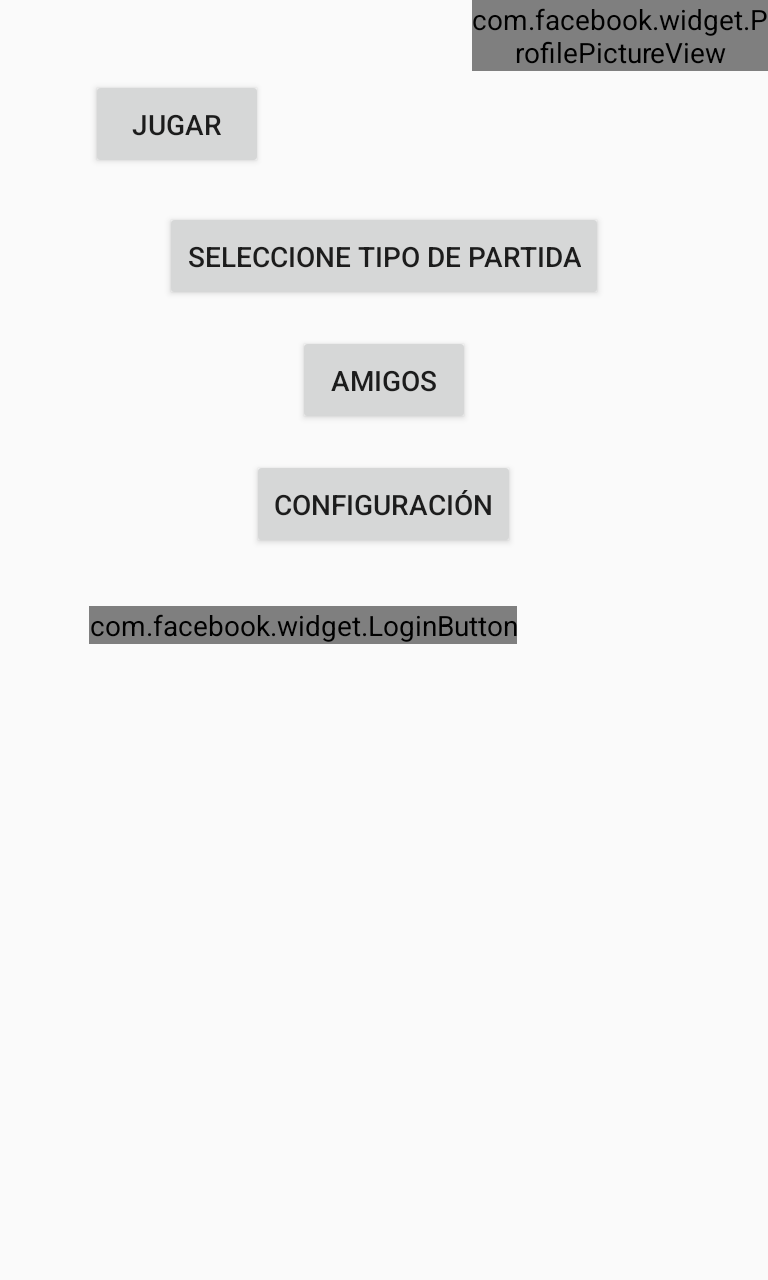
Repository: MVidi/juegos
Layout: SermoJuego/res/layout/pantallamenu.xml
An editor plug-in stored every save of this project. The layout is shown before and after the next save, followed by the edit.
Pictures or frames that could not be fetched are drawn as grey boxes. It is drawn on a 768 x 1280 px phone screen (xhdpi) without system bars, with theme AppTheme; the app's code is not run.

Above is the layout before, as saved 2014-08-11 16:27:18.

### SermoJuego/res/layout/pantallamenu.xml
<?xml version="1.0" encoding="utf-8"?>
<RelativeLayout xmlns:android="http://schemas.android.com/apk/res/android"
    android:layout_width="match_parent"
    android:layout_height="match_parent"
    android:onClick="empezarJuego" >

    <Button
        android:id="@+id/configurarPM"
        android:layout_width="wrap_content"
        android:layout_height="wrap_content"
        android:layout_below="@+id/amigosPM"
        android:layout_centerHorizontal="true"
        android:layout_marginTop="14dp"
        android:text="@string/configurar" />

    <Button
        android:id="@+id/amigosPM"
        android:layout_width="wrap_content"
        android:layout_height="wrap_content"
        android:layout_below="@+id/tipopartidaPM"
        android:layout_centerHorizontal="true"
        android:layout_marginTop="14dp"
        android:text="@string/amigos" />

    <Button
        android:id="@+id/tipopartidaPM"
        android:layout_width="wrap_content"
        android:layout_height="wrap_content"
        android:layout_below="@+id/jugarPM"
        android:layout_centerHorizontal="true"
        android:layout_marginTop="18dp"
        android:text="@string/tipopartida" />

    <Button
        android:id="@+id/jugarPM"
        android:layout_width="wrap_content"
        android:layout_height="wrap_content"
        android:layout_alignLeft="@+id/loginButton1"
        android:layout_alignParentTop="true"
        android:layout_marginTop="38dp"
        android:onClick="empezarJuego"
        android:text="@string/jugar" />

    <com.facebook.widget.ProfilePictureView
        android:id="@+id/profilePictureView1"
        android:layout_width="wrap_content"
        android:layout_height="wrap_content"
        android:layout_alignParentTop="true"
        android:layout_toRightOf="@+id/amigosPM" >
    </com.facebook.widget.ProfilePictureView>

    <com.facebook.widget.LoginButton
        android:id="@+id/loginButton1"
        android:layout_width="wrap_content"
        android:layout_height="wrap_content"
        android:layout_alignRight="@+id/configurarPM"
        android:layout_below="@+id/configurarPM"
        android:layout_marginTop="27dp"
        android:text="@string/registrate" />

</RelativeLayout>

### SermoJuego/res/values/strings.xml
<?xml version="1.0" encoding="utf-8"?>
<resources>

    <string name="app_name">SERMO</string>
    <string name="hello_world">Hello world!</string>
    <string name="juego">¡Bienvenido a SERMO !</string>
    <string name="action_settings">Settings</string>
  	<string name="Usuario">Nombre de usuario</string>
  	<string name="Contrasena">Contraseña</string>
  	<string name="Aceptar">Aceptar</string>
  	<string name="Invitado">Invitado</string>
  	<string name="nuevoUsuario">Nuevo Usuario</string>
  	<string name="jugar">jugar</string>
  	<string name="amigos">Amigos</string>
  	<string name="configurar">Configuración</string>
  	<string name="tipopartida">Seleccione tipo de partida</string>
  	<string name="registrate">Usa tu usuario de facebook</string>
</resources>

Loaded but not shown: SermoJuego/res/values/styles.xml (common file); SermoJuego/res/values-v11/styles.xml (common file); SermoJuego/res/values-v14/styles.xml (common file)

After the next save:
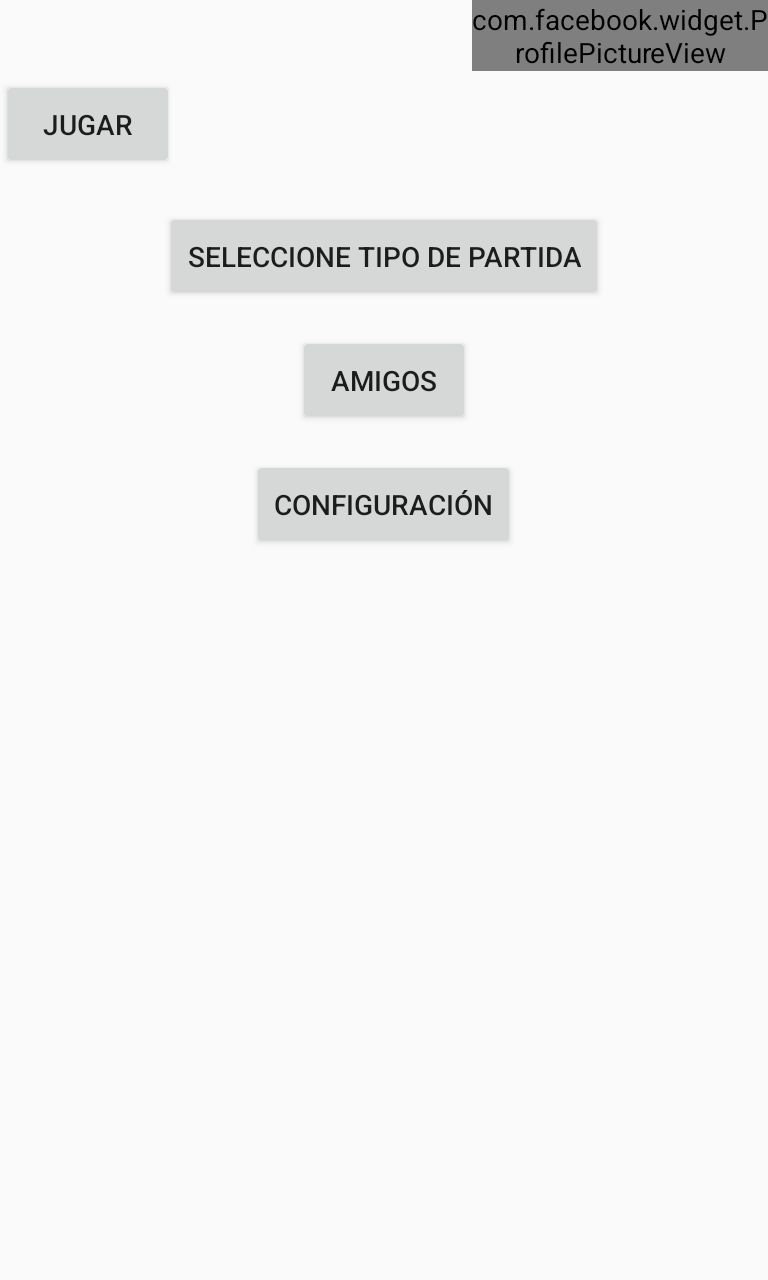
Saved 78 s later.
--- a/SermoJuego/res/layout/pantallamenu.xml
+++ b/SermoJuego/res/layout/pantallamenu.xml
@@ -35,7 +35,6 @@
         android:id="@+id/jugarPM"
         android:layout_width="wrap_content"
         android:layout_height="wrap_content"
-        android:layout_alignLeft="@+id/loginButton1"
         android:layout_alignParentTop="true"
         android:layout_marginTop="38dp"
         android:onClick="empezarJuego"
@@ -49,13 +48,4 @@
         android:layout_toRightOf="@+id/amigosPM" >
     </com.facebook.widget.ProfilePictureView>
 
-    <com.facebook.widget.LoginButton
-        android:id="@+id/loginButton1"
-        android:layout_width="wrap_content"
-        android:layout_height="wrap_content"
-        android:layout_alignRight="@+id/configurarPM"
-        android:layout_below="@+id/configurarPM"
-        android:layout_marginTop="27dp"
-        android:text="@string/registrate" />
-
 </RelativeLayout>
